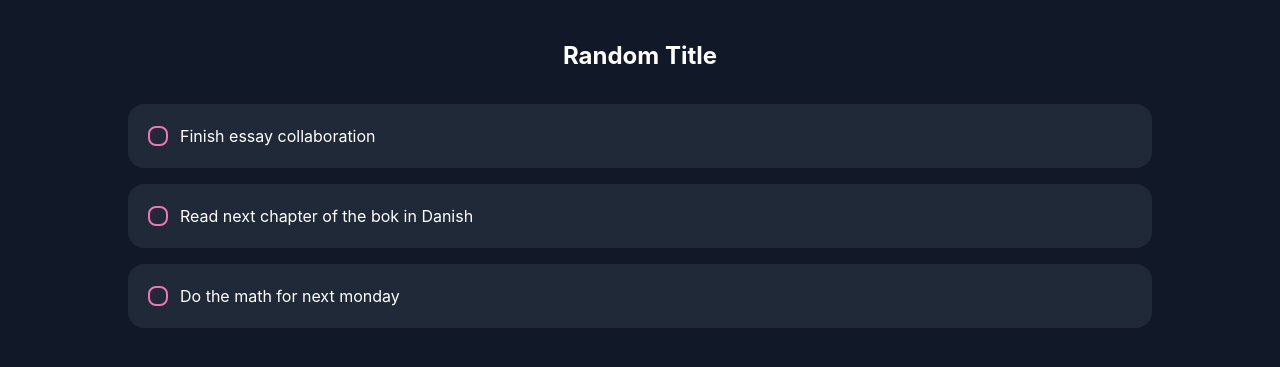
Repository: VachArt/react-exam-work
Page: /about
An editor plug-in stored every save of this project. The page is shown before and after the next save, followed by the edit.
The browser window is 1280 px wide. The pictures show the whole page.
The project was rebuilt for these pictures with package versions that can differ from the ones it lists, and the page was loaded fresh each time.

Above is the page before, as saved 2022-04-27 20:02:04.

### src/index.jsx
import React from 'react'
import ReactDOM from 'react-dom/client'
import './index.css'
import Home from './components/pages/Home/Home'
import Layout from './components/layout/Layout'

const root = ReactDOM.createRoot(document.getElementById('root'));
root.render(
  <React.StrictMode>
    <Layout>
      <Home />
    </Layout>
  </React.StrictMode>
);

### src/components/pages/Home/Home.jsx
import React, { useState } from 'react'
import TodoItem from './item/TodoItem'

const data = [
    {
        _id: "efnejhj",
        title: "Finish essay collaboration",
        isCompleted: false,
    },
    {
        _id: "efnejhrrrr",
        title: "Read next chapter of the bok in Danish",
        isCompleted: false,
    },
    {
        _id: "efnejhj2323",
        title: "Do the math for next monday",
        isCompleted: false,
    }
]

const Home = () => {
    const [todos, setTodos] = useState(data)

    const changeTodo = (id) => {
        const copy = [...todos]
        const current = copy.find(t => t._id === id)
        current.isCompleted = !current.isCompleted
        setTodos(copy)
    }

    return (
        <div className='text-white w-4/5 mx-auto'>
            <h1 className='text-2xl font-bold text-center mb-8'>Random Title</h1>
            {todos.map(todo => (
                <TodoItem key={todo._id} todo={todo} changeTodo={changeTodo} />
            ))}
        </div>
    )
}

export default Home

### src/components/layout/Layout.jsx
import React from 'react'

const Layout = ({ children }) => {
    return <div className='py-10 bg-gray-900 h-screen'>{children}</div>
}

export default Layout

### src/components/pages/Home/item/TodoItem.jsx
import React from 'react'
import Check from './Check'

const TodoItem = ({todo, changeTodo}) => {
    return (
        <button className='flex items-center mb-4 rounded-2xl bg-gray-800 p-5 w-full'
            onClick={() => changeTodo(todo._id)}
        >
            <Check isCompleted={todo.isCompleted} />
            {todo.title}
        </button>
    )
}



export default TodoItem

### src/components/pages/Home/item/Check.jsx
import React from 'react'
import {BsCheck} from 'react-icons/bs'


const Check = ({isCompleted}) => {
    return (
        <div className={`border-2 rounded-lg border-pink-400
            ${isCompleted ? 'bg-pink-400' : ''}
            w-5 h-5 mr-3 flex items-center justify-center`}
        >
            {isCompleted && <BsCheck size={24}
            className='text-gray-900'/>}
        </div>
    )
}

export default Check

Loaded but not shown: public/index.html (common file); src/index.css (common file); tailwind.config.js (common file)

After the next save:
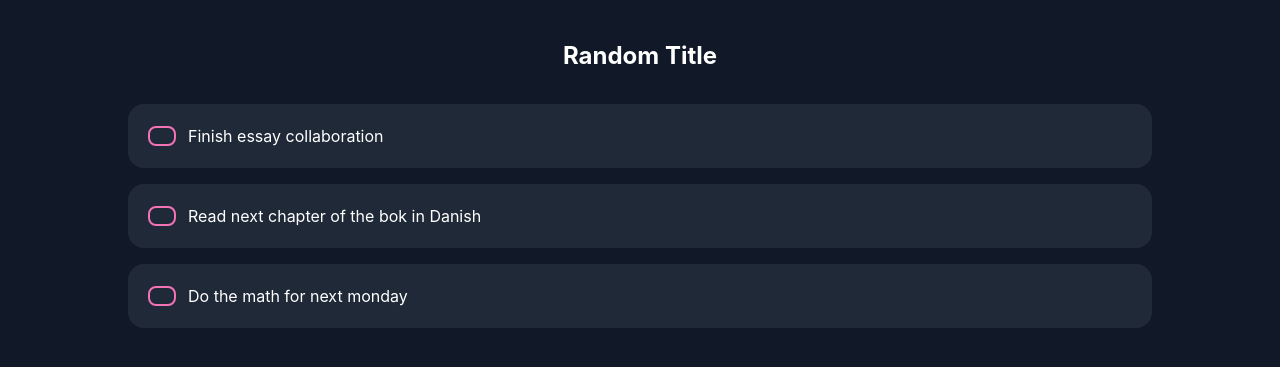
Saved 28 s later.
--- a/src/components/pages/Home/item/Check.jsx
+++ b/src/components/pages/Home/item/Check.jsx
@@ -6,7 +6,7 @@ const Check = ({isCompleted}) => {
     return (
         <div className={`border-2 rounded-lg border-pink-400
             ${isCompleted ? 'bg-pink-400' : ''}
-            w-5 h-5 mr-3 flex items-center justify-center`}
+            w-7 h-5 mr-3 flex items-center justify-center`}
         >
             {isCompleted && <BsCheck size={24}
             className='text-gray-900'/>}
